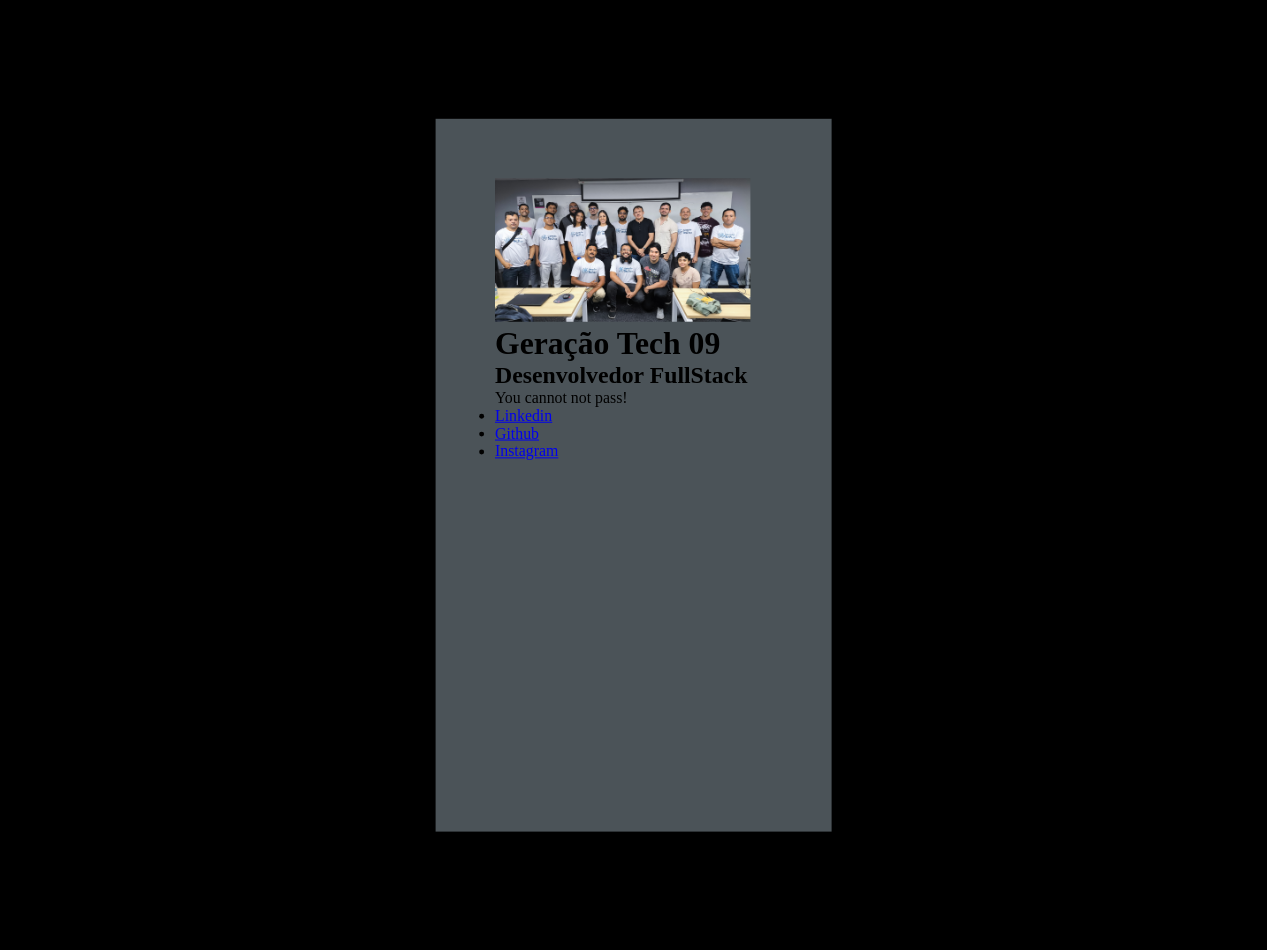
Repository: geracao-09/linktree-gt9
Page: index.html
The author's editor kept a copy of each file at every save. The page is drawn from the files as they stood at one save, then again after the next save.
The browser window is 1280 px wide. The pictures show the whole page, at 99% of full size.

Above is the page before, as saved 2025-04-10 10:52:18.

### index.html
<!DOCTYPE html>
<html lang="pt-br">
<head>
    <meta charset="UTF-8">
    <meta name="viewport" content="width=device-width, initial-scale=1.0">
    <title>Linktree do GT09</title>
    <link rel="stylesheet" href="style.css">
</head>
<body>
    <div class="container-main">
        <div class="container-image">
            <img src="./assets/image-profile.jpg" alt="Foto dos top 25 geracao tech" />
        </div>
        <div class="container-infos">
            <h1>Geração Tech 09</h1>
            <h2>Desenvolvedor FullStack</h2>
        </div>
        <div class="container-easter-egg">
            <p>You cannot not pass!</p>
        </div>
        <div class="container-social-links">
            <ul>
                <li>
                    <a href="https://www.linkedin.com/in/cesar-hideki-nagano-326b75115/" target="_blank">
                        Linkedin
                    </a>
                </li>
                <li>
                    <a href="https://github.com/geracao-09" target="_blank">
                        Github
                    </a>
                </li>
                <li>
                    <a href="https://www.instagram.com/hidekina/" target="_blank">
                        Instagram
                    </a>
                </li>
            </ul>
        </div>
    </div>
</body>
</html>

### style.css
* {
    margin: 0;
    padding: 0;
    box-sizing: border-box;
}

body {
    background-color: #000000;
}

.container-main {
    background-color: #4B5358;
    width: 400px;
    height: 720px;
    box-sizing: border-box;
    margin: 120px auto;
    padding: 60px;
}

.container-image {
    width: 56px;

    & img {
        width: 258px;
        border-radius: ;
    }
}

After the next save:
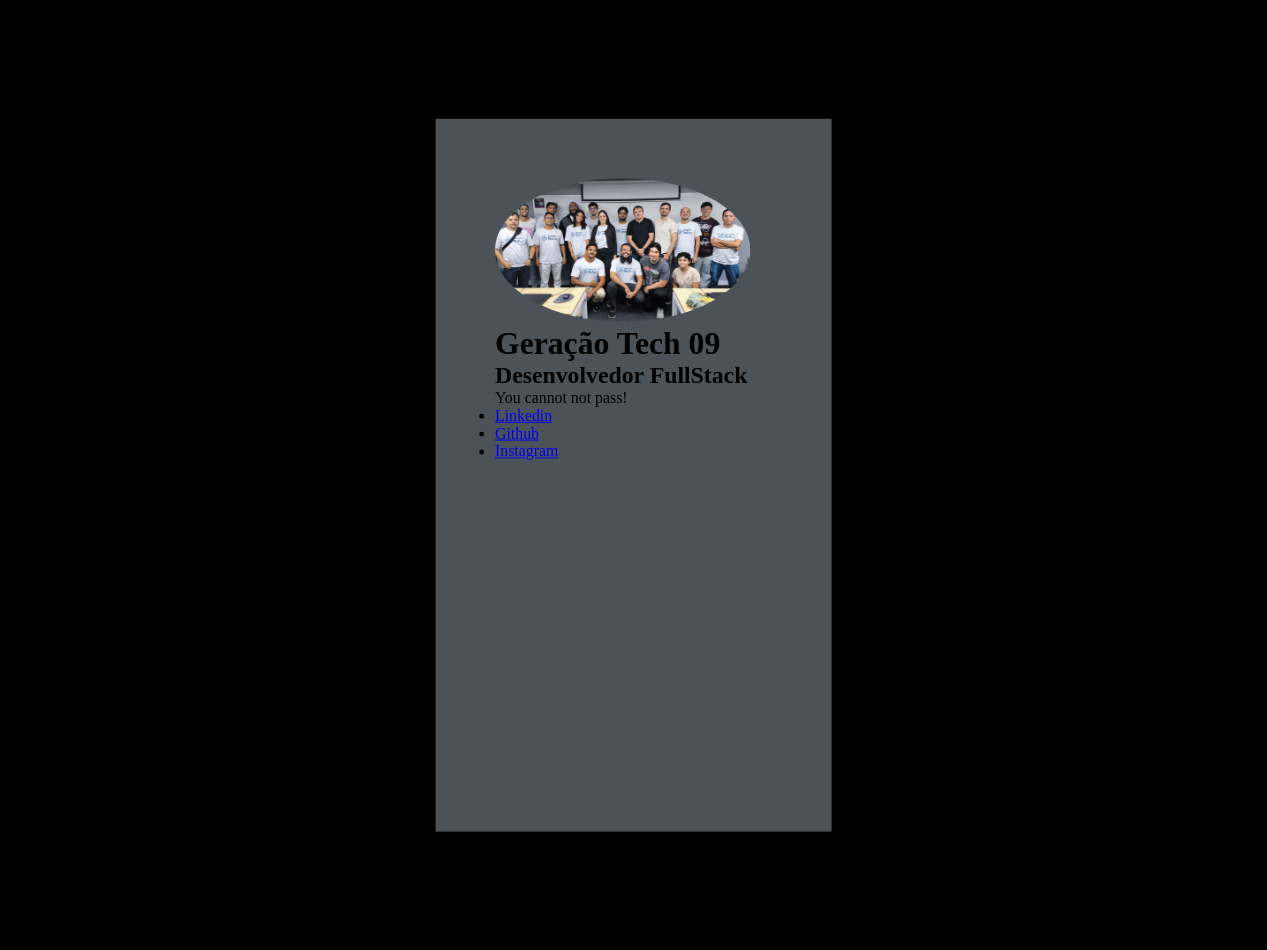
Saved 5 s later.
--- a/style.css
+++ b/style.css
@@ -22,6 +22,6 @@
 
     & img {
         width: 258px;
-        border-radius: ;
+        border-radius: 100%;
     }
 }

After the 2 saves that followed:
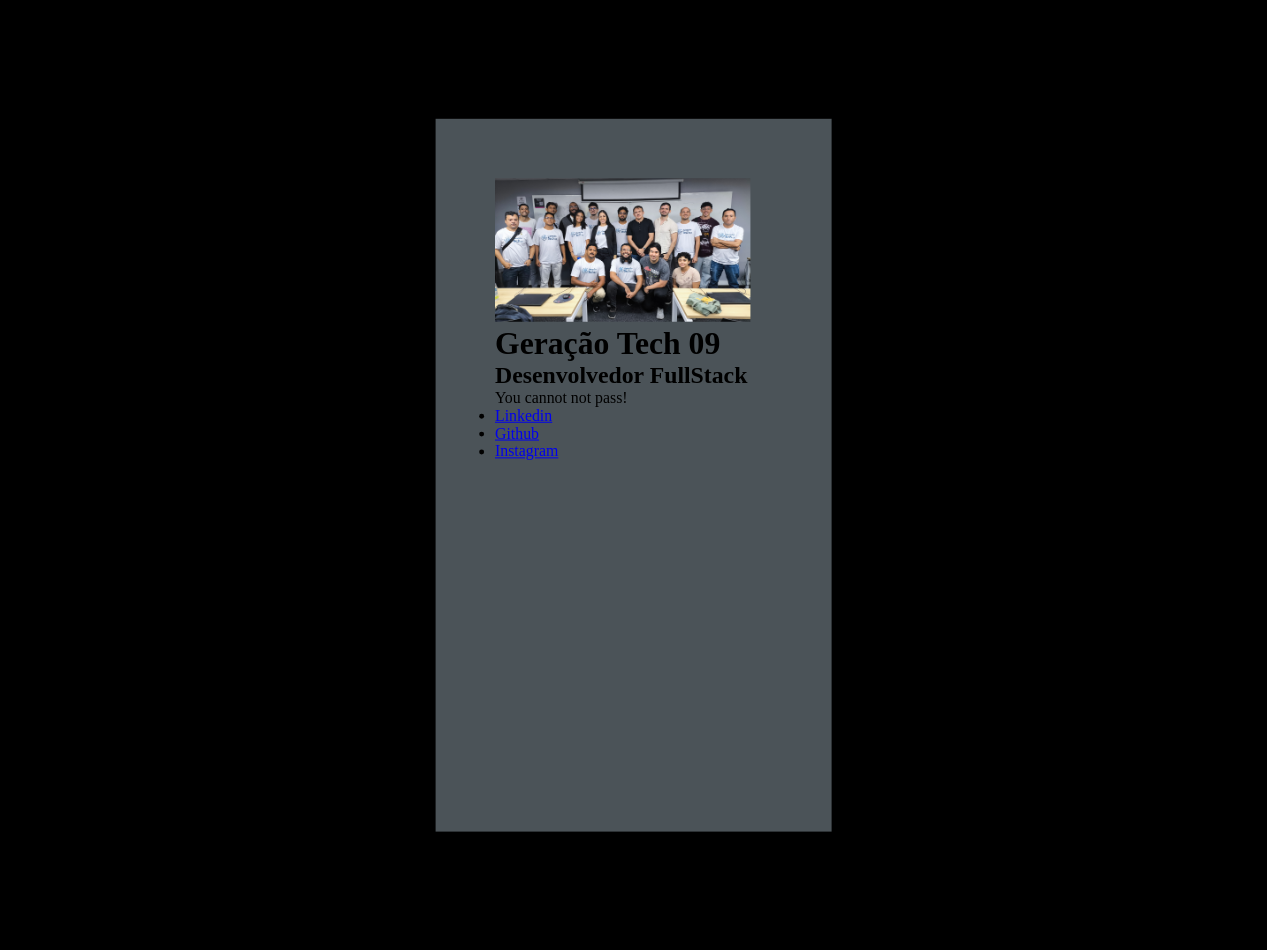
The 2 saves are shown as one change because they came seconds apart.
The last was saved 17 s later.
--- a/style.css
+++ b/style.css
@@ -22,6 +22,6 @@
 
     & img {
         width: 258px;
-        border-radius: 100%;
+        border-radius: %;
     }
 }
